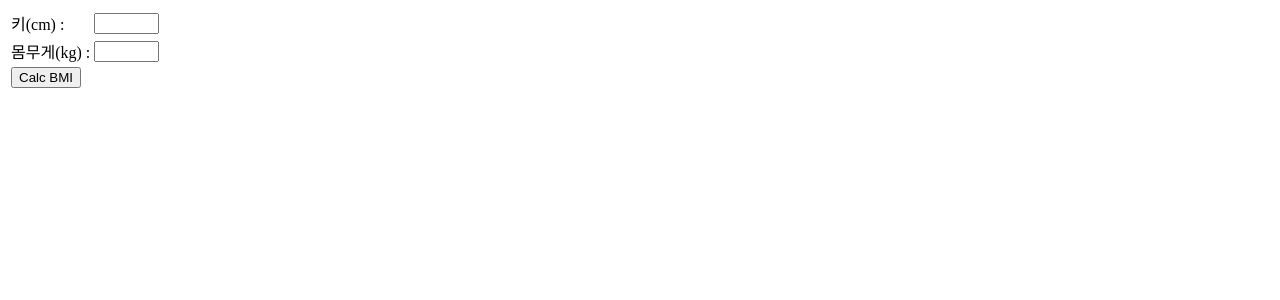
Repository: usonihs/StudyX
Page: http://localhost/JSP/RequestQuiz51.jsp
An editor plug-in stored every save of this project. The page is shown before and after the next save, followed by the edit.
The browser window is 1280 px wide. The pictures show the whole page.
The page is served by Tomcat 9.

Above is the page before, as saved 2022-10-20 07:09:42.

### JSP/JSP/src/main/webapp/RequestQuiz51.jsp
<%@ page language="java" contentType="text/html; charset=UTF-8"
	pageEncoding="UTF-8"%>
<!DOCTYPE html>
<html>
<head>
<meta charset="UTF-8">
<title>Insert title here</title>
</head>
<body>
	<form action="RequestQuiz42.jsp" method="get">
		<table border="0">

			<tr>
				<td>키(cm) :</td>
				<td><input type="text" name="height" size="5"></td>
			</tr>

			<tr>
				<td>몸무게(kg) :</td>
				<td><input type="text" name="weight" size="5"></td>
			</tr>
			<tr>
			<td><input type="submit" name="CalcBtn" value="Calc BMI"></td>
			</tr>

		</table>
	</form>

</body>
</html>

After the next save:
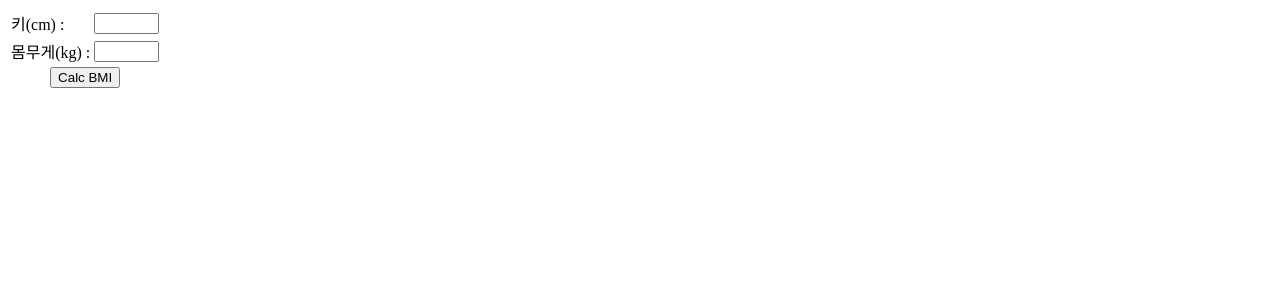
Saved 59 s later.
--- a/JSP/JSP/src/main/webapp/RequestQuiz51.jsp
+++ b/JSP/JSP/src/main/webapp/RequestQuiz51.jsp
@@ -20,7 +20,7 @@
 				<td><input type="text" name="weight" size="5"></td>
 			</tr>
 			<tr>
-			<td><input type="submit" name="CalcBtn" value="Calc BMI"></td>
+			<td colspan="2" align="center"><input type="submit" name="CalcBtn" value="Calc BMI"></td>
 			</tr>
 
 		</table>
